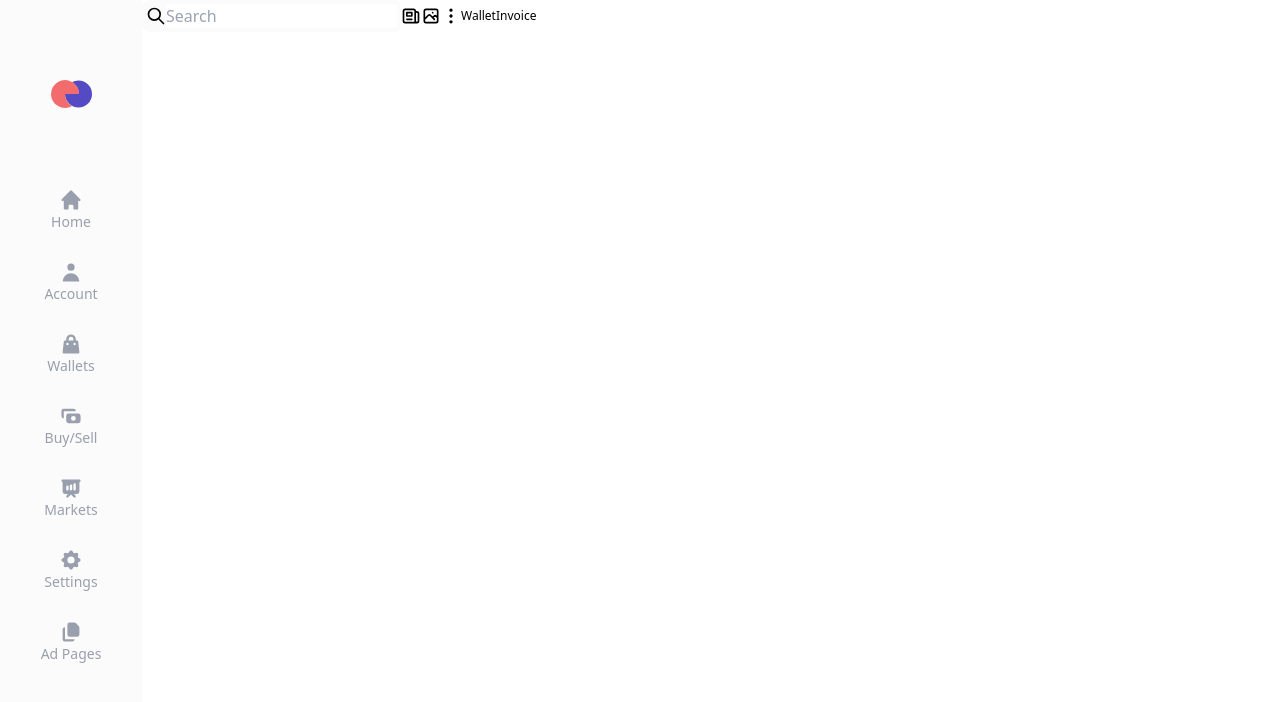
Repository: almaqdad55/crypto-app-nextjs
Page: /
An editor plug-in stored every save of this project. The page is shown before and after the next save, followed by the edit.
The browser window is 1280 px wide. The pictures show the whole page.
The project was rebuilt for these pictures with package versions that can differ from the ones it lists, and the page was loaded fresh each time. The framework's server and built-in components were replaced by stand-ins that run in the browser.

Above is the page before, as saved 2022-01-04 20:04:34.

After the next save:
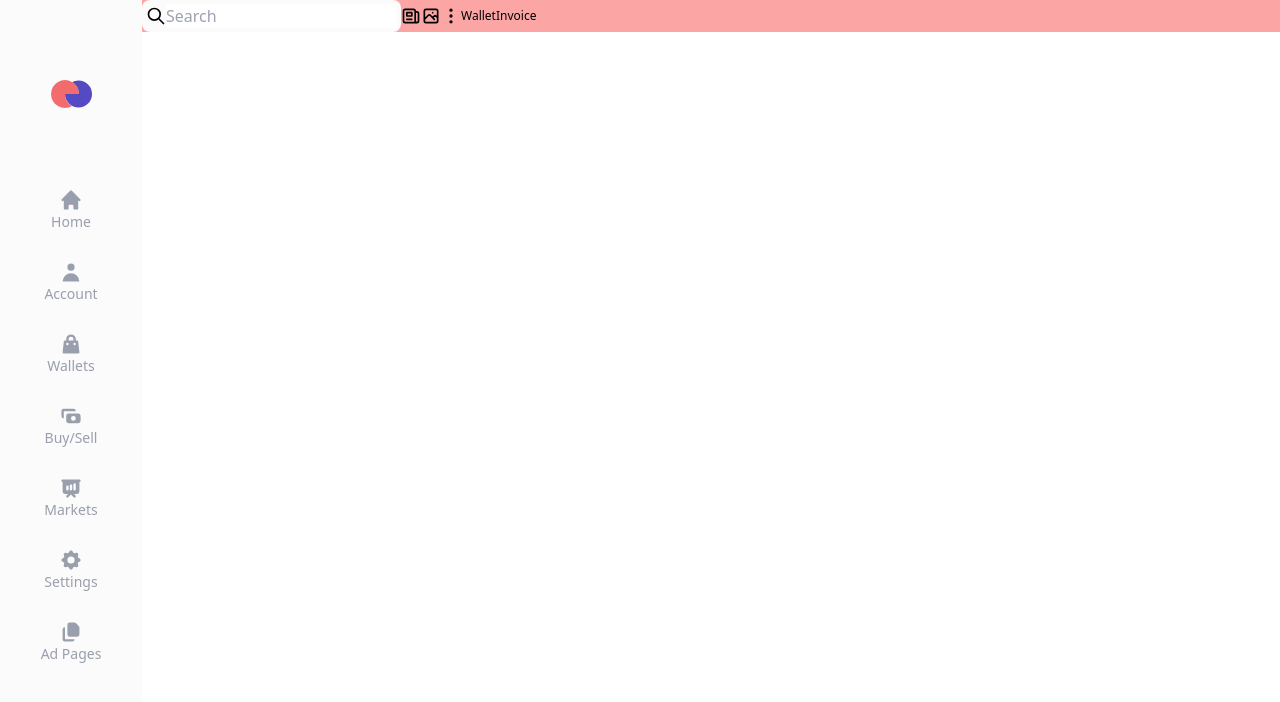
Saved 33 s later.
--- a/components/Feed.jsx
+++ b/components/Feed.jsx
@@ -9,7 +9,7 @@ import {
 const Feed = () => {
   return (
     <div className=" flex-grow  ">
-      <div className="flex items-center">
+      <div className="flex items-center bg-red-300">
         <div className="flex items-center bg-[#fbfbfb] rounded-lg p-1">
           <SearchIcon className="h-5" />
           <input type="text" placeholder={`Search`} className="outline-none" />
